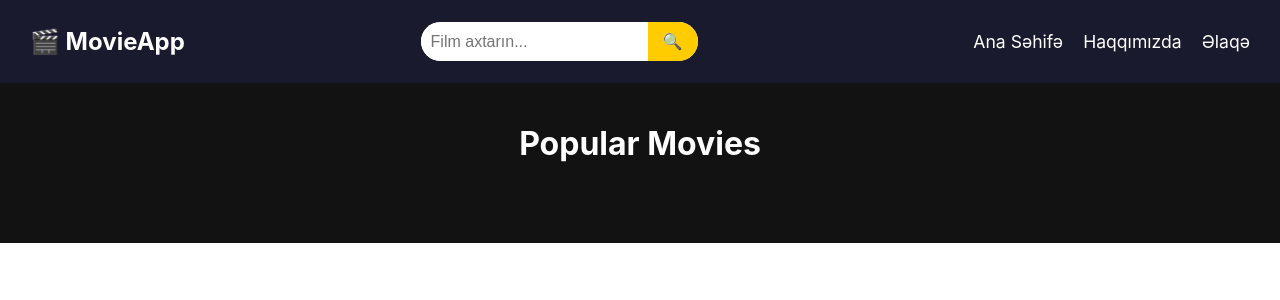
Repository: Zulfiyya077/InternIntelligence_MovieWebsite
Page: /
These files come from the project's save history. The page is drawn as it stood at one moment and after the next save; the edit follows.
The browser window is 1280 px wide. The pictures show the whole page.
The page's requests for data from a server got no answer. The project was rebuilt for these pictures with package versions that can differ from the ones it lists, and the page was loaded fresh each time. No one was signed in, and anything a server would have sent is missing. Also part of the build but not shown: vite.config.js, src/components/MovieCard.module.css, src/components/MovieCard.jsx, src/pages/MovieDetailsPage.jsx, src/services/MovieService.jsx, src/pages/SearchResultsPage.module.css, src/pages/SearchResultsPage.jsx, src/pages/About.module.css and 4 more.

Above is the page before, as saved 2025-02-24 00:41:44.

### src/App.jsx
import React from 'react';
import { BrowserRouter as Router, Routes, Route } from 'react-router-dom';
import Home from './pages/Home';
import MovieDetailsPage from './pages/MovieDetailsPage';
import SearchResultsPage from './pages/SearchResultsPage';
import About from './pages/About';
import Contact from './pages/Contact';
import Navbar from './components/Navbar';
import styles from './App.module.css';

const App = () => {
    return (
        <Router>
            <div className={styles.app}>
                <Navbar />
                <Routes>
                    <Route path="/" element={<Home />} />
                    <Route path="/movie/:id" element={<MovieDetailsPage />} />
                    <Route path="/search/:query" element={<SearchResultsPage />} />
                    <Route path="/about" element={<About />} />
                    <Route path="/contact" element={<Contact />} />
                </Routes>
            </div>
        </Router>
    );
};

export default App;

### src/pages/Home.jsx
// src/pages/Home.jsx
import React, { useState, useEffect } from 'react';
import axios from 'axios';
import MovieCard from '../components/MovieCard';
import styles from './Home.module.css';

const Home = () => {
    const [movies, setMovies] = useState([]);

    useEffect(() => {
        const fetchMovies = async () => {
            try {
                const response = await axios.get(
                    'https://api.themoviedb.org/3/movie/popular?api_key=YOUR_API_KEY&language=en-US'
                );
                setMovies(response.data.results);
            } catch (error) {
                console.error('Error fetching movies:', error);
            }
        };

        fetchMovies();
    }, []);

    return (
        <div className={styles.home}>
            <h1>Popular Movies</h1>
            <div className={styles.movieList}>
                {movies.map((movie) => (
                    <MovieCard key={movie.id} movie={movie} />
                ))}
            </div>
        </div>
    );
};

export default Home;

### src/components/Navbar.jsx
import React from 'react';
import { Link } from 'react-router-dom';
import SearchBar from './SearchBar';
import styles from './Navbar.module.css';

const Navbar = () => {
    return (
        <nav className={styles.navbar}>
            <div className={styles.logo}>
                <Link to="/">🎬 MovieApp</Link>
            </div>
            <SearchBar />
            <ul className={styles.navLinks}>
                <li><Link to="/">Ana Səhifə</Link></li>
                <li><Link to="/about">Haqqımızda</Link></li>
                <li><Link to="/contact">Əlaqə</Link></li>
            </ul>
        </nav>
    );
};

export default Navbar;

### src/pages/Home.module.css
.home {
    padding: 20px;
    text-align: center;
    background-color: #121212;
    color: white;
}

.movieList {
    display: grid;
    grid-template-columns: repeat(auto-fit, minmax(200px, 1fr));
    gap: 20px;
    padding: 20px;
    justify-items: center;
}

### src/pages/MovieDetailsPage.module.css
/* src/pages/MovieDetailsPage.module.css */
.movieDetails {
    text-align: center;
    padding: 20px;
}

.poster {
    width: 300px;
    height: auto;
    margin: 20px 0;
}

h1 {
    font-size: 2rem;
    margin-bottom: 20px;
}

p {
    font-size: 1.2rem;
}

### src/components/SearchBar.jsx
import React, { useState } from 'react';
import { useNavigate } from 'react-router-dom';
import styles from './SearchBar.module.css';

const SearchBar = () => {
    const [query, setQuery] = useState('');
    const navigate = useNavigate();

    const handleSearch = (e) => {
        e.preventDefault();
        if (query.trim()) {
            navigate(`/search/${query}`);
            setQuery('');
        }
    };

    return (
        <form onSubmit={handleSearch} className={styles.searchBar}>
            <input
                type="text"
                placeholder="Film axtarın..."
                value={query}
                onChange={(e) => setQuery(e.target.value)}
            />
            <button type="submit">🔍</button>
        </form>
    );
};

export default SearchBar;

### src/components/Navbar.module.css
.navbar {
    display: flex;
    align-items: center;
    justify-content: space-between;
    background-color: #1a1a2e;
    padding: 15px 30px;
    color: white;
}

.logo a {
    font-size: 1.5rem;
    color: white;
    text-decoration: none;
    font-weight: bold;
}

.navLinks {
    list-style: none;
    display: flex;
    gap: 20px;
}

.navLinks li a {
    color: white;
    text-decoration: none;
    font-size: 1.1rem;
    transition: color 0.3s;
}

.navLinks li a:hover {
    color: #ffcc00;
}

### src/components/SearchBar.module.css
.searchBar {
    display: flex;
    align-items: center;
    background-color: white;
    border-radius: 20px;
    overflow: hidden;
}

.searchBar input {
    border: none;
    padding: 10px;
    outline: none;
    font-size: 1rem;
}

.searchBar button {
    background-color: #ffcc00;
    border: none;
    padding: 10px 15px;
    cursor: pointer;
    font-size: 1rem;
}

.searchBar button:hover {
    background-color: #e6b800;
}

Loaded but not shown: index.html (common file); src/main.jsx (common file); src/index.css (common file)

After the next save:
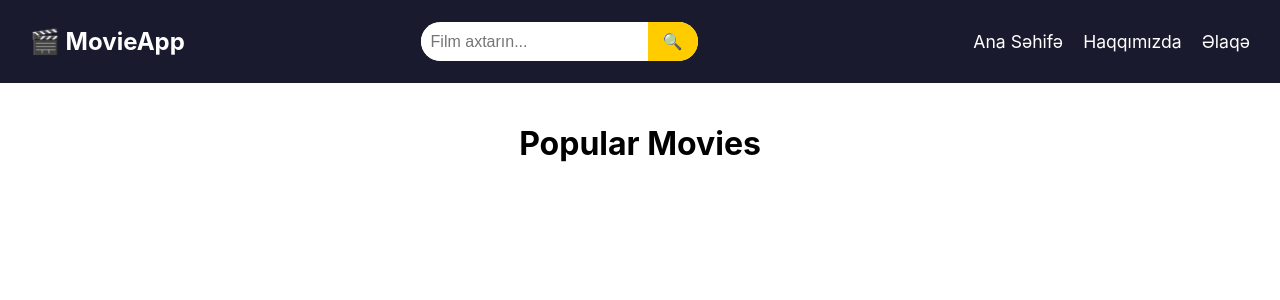
Saved 13 s later.
--- a/src/pages/Home.module.css
+++ b/src/pages/Home.module.css
@@ -1,14 +1,15 @@
+/* src/pages/Home.module.css */
 .home {
     padding: 20px;
     text-align: center;
-    background-color: #121212;
-    color: white;
 }
 
 .movieList {
-    display: grid;
-    grid-template-columns: repeat(auto-fit, minmax(200px, 1fr));
-    gap: 20px;
-    padding: 20px;
-    justify-items: center;
+    display: flex;
+    flex-wrap: wrap;
+    justify-content: center;
 }
+
+.movieList .card {
+    margin: 10px;
+}
